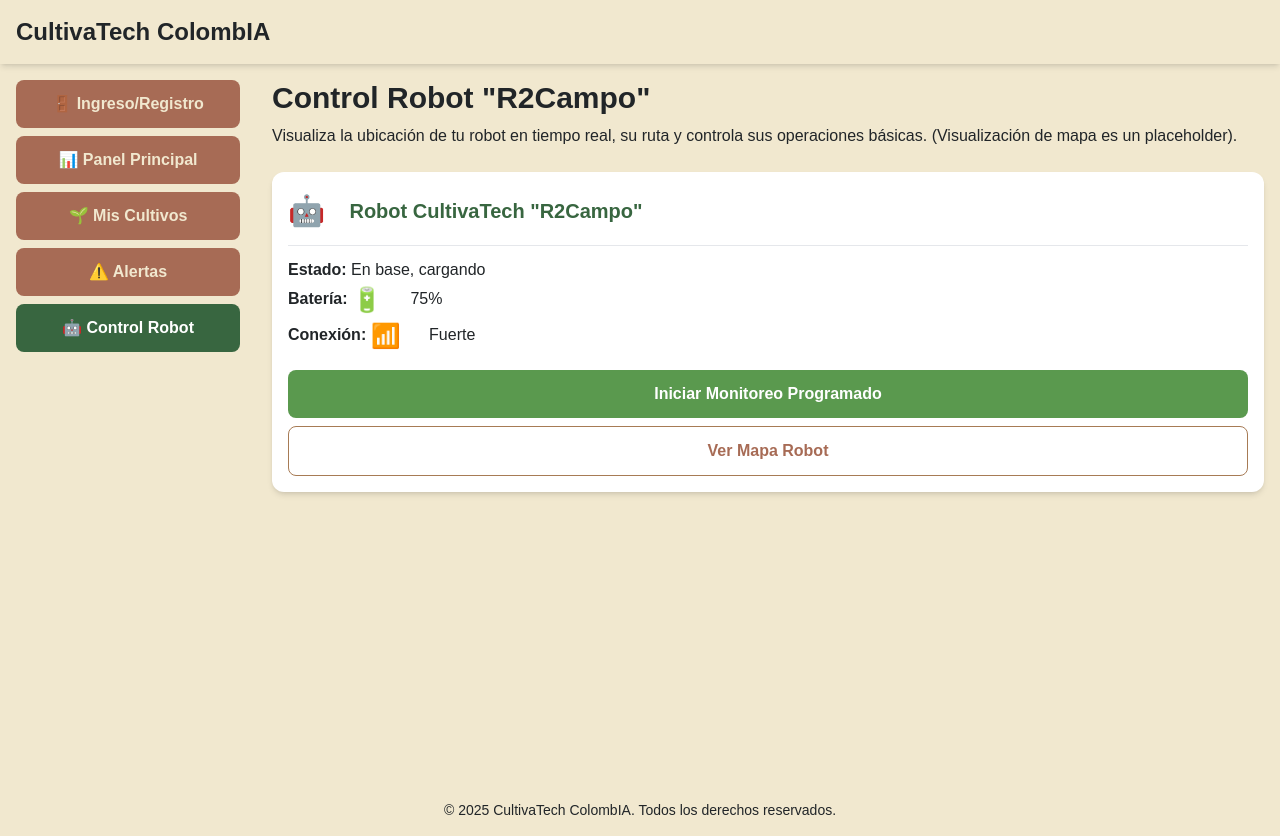
Repository: LukasMoyano/Presentacion-CultivaTechColombIA-ReactPlussNodeJS
Page: / (app in ToPresent/cultivatech-colombia/Frontend/), after clicking the first element matching `nav.cultiva-earth-main > :nth-child(5)`
The author's editor kept a copy of each file at every save. The page is drawn from the files as they stood at one save, then again after the next save.
The browser window is 1280 px wide. The pictures show the whole page.
The project was rebuilt for these pictures with package versions that can differ from the ones it lists, and the page was loaded fresh each time. Also part of the build but not shown: ToPresent/cultivatech-colombia/Frontend/vite.config.js, ToPresent/cultivatech-colombia/Frontend/src/components/Dashboard.jsx, ToPresent/cultivatech-colombia/Frontend/src/components/Cultivos.jsx, ToPresent/cultivatech-colombia/Frontend/src/components/Alertas.jsx.

Above is the page before, as saved 2025-05-22 06:27:37.

After the next save:
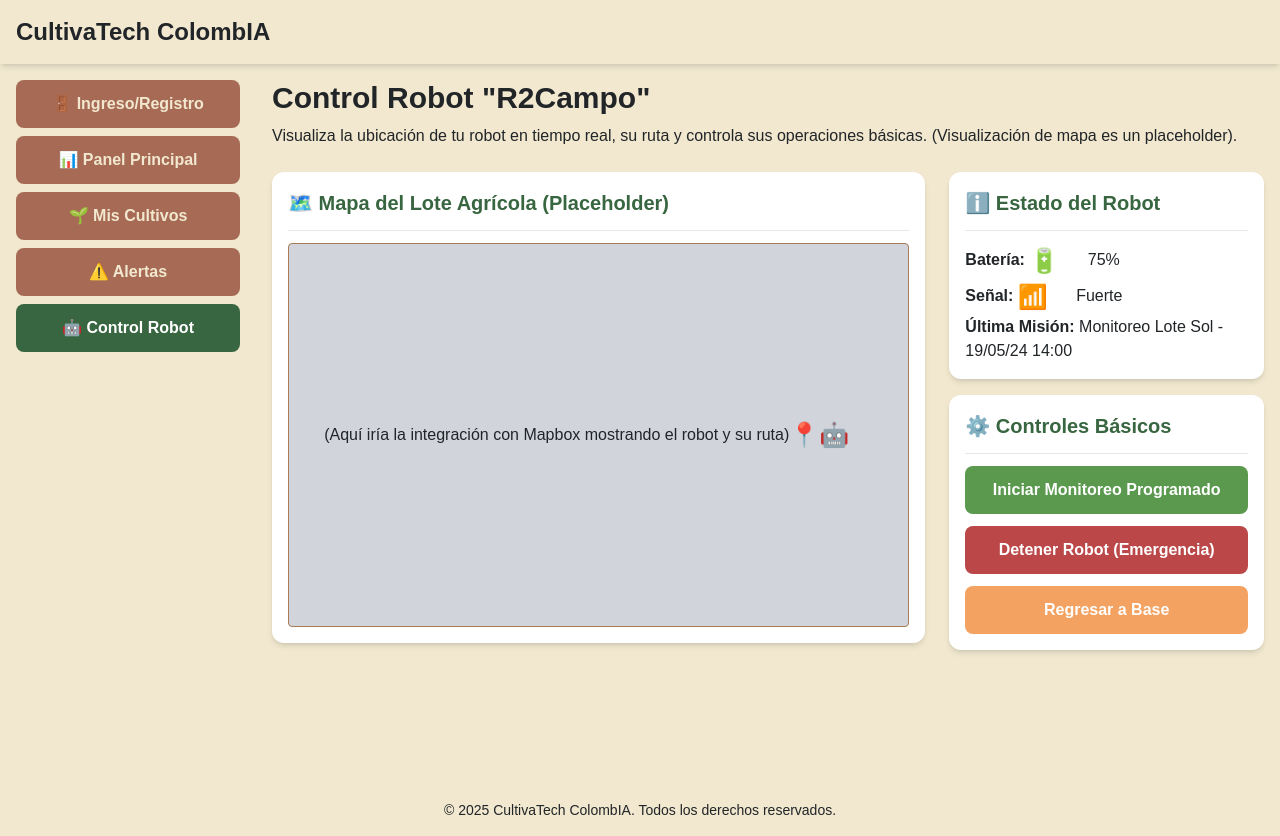
Saved 41 s later.
--- a/ToPresent/cultivatech-colombia/Frontend/src/components/Robot.jsx
+++ b/ToPresent/cultivatech-colombia/Frontend/src/components/Robot.jsx
@@ -3,21 +3,55 @@ import React from "react";
 export default function Robot() {
   return (
     <div className="container mx-auto p-4">
-      <h2 className="text-3xl font-bold cultiva-text-main mb-2">Control Robot "R2Campo"</h2>
+      <h2 className="text-3xl font-bold cultiva-text-main mb-2">
+        Control Robot "R2Campo"
+      </h2>
       <p className="mb-6 cultiva-text-secondary">
-        Visualiza la ubicación de tu robot en tiempo real, su ruta y controla sus operaciones básicas. (Visualización de mapa es un placeholder).
+        Visualiza la ubicación de tu robot en tiempo real, su ruta y controla
+        sus operaciones básicas. (Visualización de mapa es un placeholder).
       </p>
-                        <div class="card">
-                            <div class="card-header flex items-center">
-                                <span class="icon-placeholder">🤖</span> Robot CultivaTech "R2Campo"
-                            </div>
-                            <p><span class="font-semibold">Estado:</span> En base, cargando</p>
-                            <p><span class="font-semibold">Batería:</span> <span class="icon-placeholder">🔋</span> 75%</p>
-                            <p><span class="font-semibold">Conexión:</span> <span class="icon-placeholder">📶</span> Fuerte</p>
-                            <div class="mt-4 space-y-2">
-                                <button class="btn btn-primary w-full">Iniciar Monitoreo Programado</button>
-                                <button class="btn btn-outline w-full" data-page-target="robot">Ver Mapa Robot</button>
-                            </div>
-                        </div>    </div>
+      <div className="grid grid-cols-1 md:grid-cols-3 gap-6">
+        <div className="md:col-span-2 card">
+          <div className="card-header">
+            🗺️ Mapa del Lote Agrícola (Placeholder)
+          </div>
+          <div className="w-full h-96 bg-gray-300 rounded flex items-center justify-center cultiva-text-secondary precolumbian-border-subtle">
+            (Aquí iría la integración con Mapbox mostrando el robot y su ruta)
+            <span className="icon-placeholder text-6xl">📍🤖</span>
+          </div>
+        </div>
+        <div className="md:col-span-1 space-y-4">
+          <div className="card">
+            <div className="card-header">ℹ️ Estado del Robot</div>
+            <p>
+              <span className="font-semibold">Batería:</span>{" "}
+              <span className="icon-placeholder">🔋</span> 75%
+            </p>
+            <p>
+              <span className="font-semibold">Señal:</span>{" "}
+              <span className="icon-placeholder">📶</span> Fuerte
+            </p>
+            <p>
+              <span className="font-semibold">Última Misión:</span> Monitoreo
+              Lote Sol - 19/05/24 14:00
+            </p>
+          </div>
+          <div className="card">
+            <div className="card-header">⚙️ Controles Básicos</div>
+            <div className="space-y-3">
+              <button className="btn btn-primary w-full">
+                Iniciar Monitoreo Programado
+              </button>
+              <button className="btn btn-critical w-full">
+                Detener Robot (Emergencia)
+              </button>
+              <button className="btn btn-secondary w-full">
+                Regresar a Base
+              </button>
+            </div>
+          </div>
+        </div>
+      </div>
+    </div>
   );
 }
